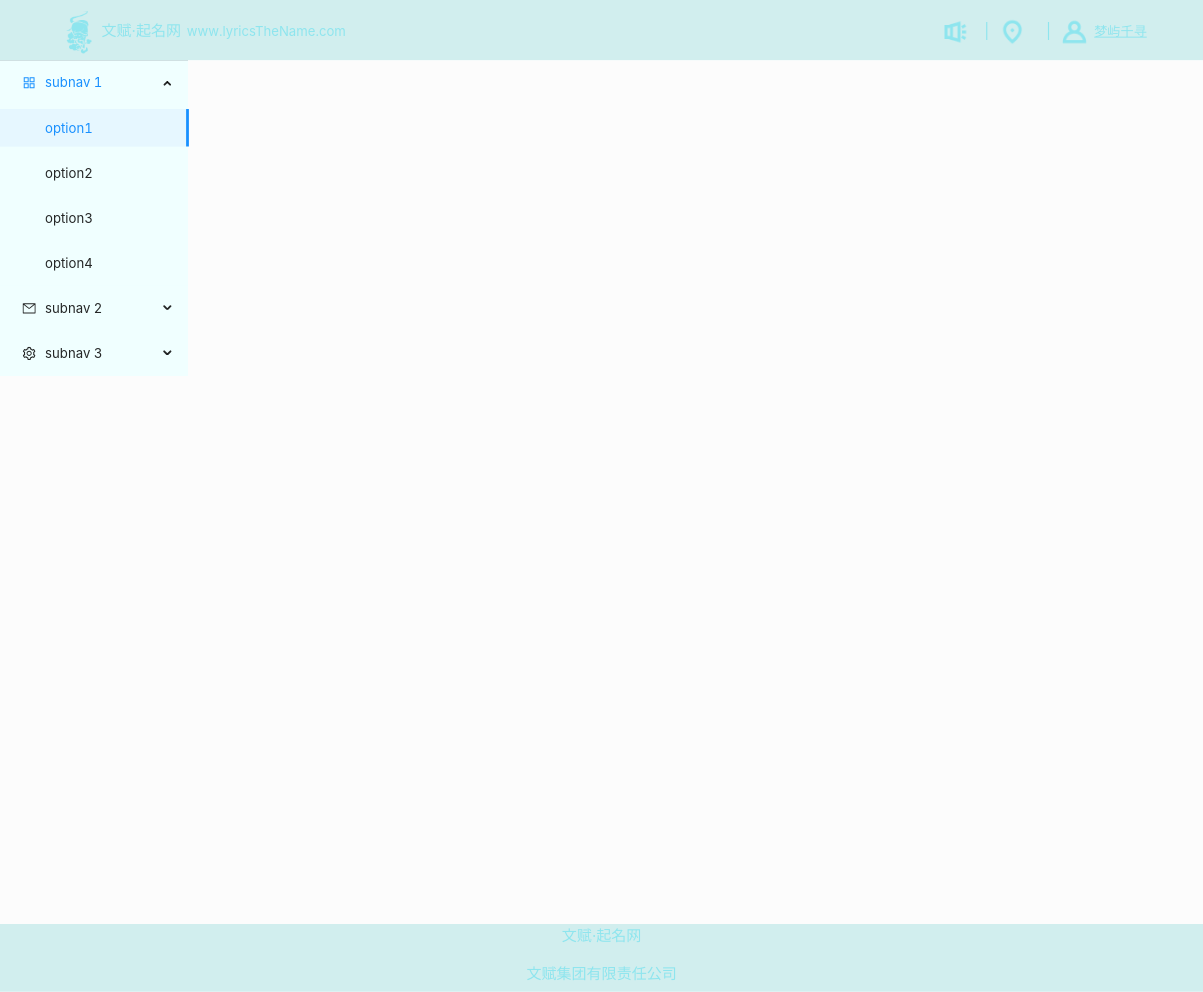
Repository: fangxueliang/react-redux-
Page: /
An editor plug-in stored every save of this project. The page is shown before and after the next save, followed by the edit.
The browser window is 1280 px wide. The pictures show the whole page, at 94% of full size.
The project was rebuilt for these pictures with package versions that can differ from the ones it lists, and the page was loaded fresh each time.

Above is the page before, as saved 2020-12-30 12:59:25.

After the next save:
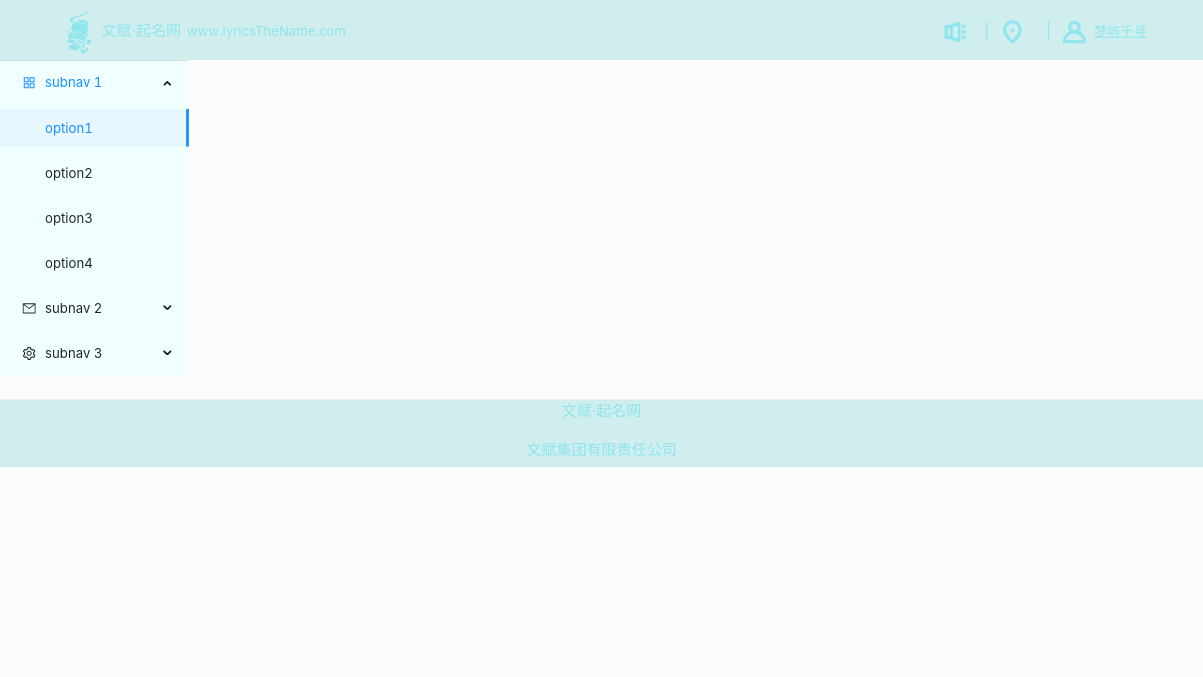
Saved 29 s later.
--- a/src/Common/CSS/layout.css
+++ b/src/Common/CSS/layout.css
@@ -22,6 +22,6 @@
 }
 
 .Home_layout .Home_content {
-    height: 80vh;
+
     display: inline-block;
 }
